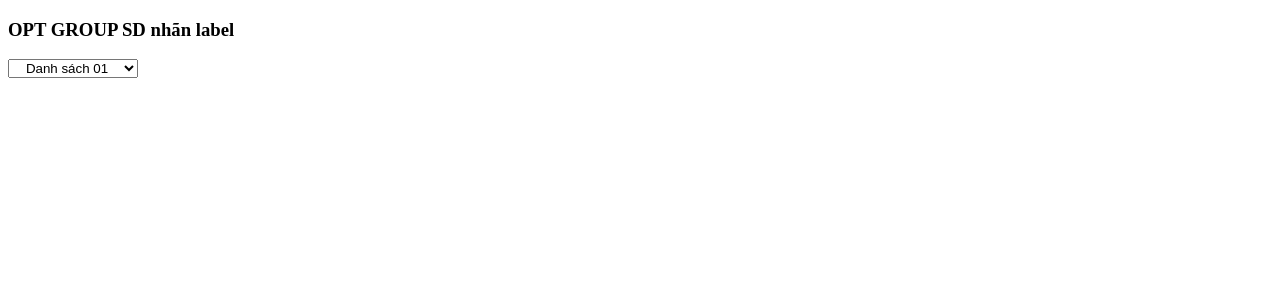
Repository: Tan-Khang21/TH_TKW--Buoi_04
Page: Bai_Tap_Mau/Bai_03/Bai_03.html
The author's editor kept a copy of each file at every save. The page is drawn from the files as they stood at one save, then again after the next save.
The browser window is 1280 px wide. The pictures show the whole page.

Above is the page before, as saved 2024-03-06 09:20:18.

After the next save:
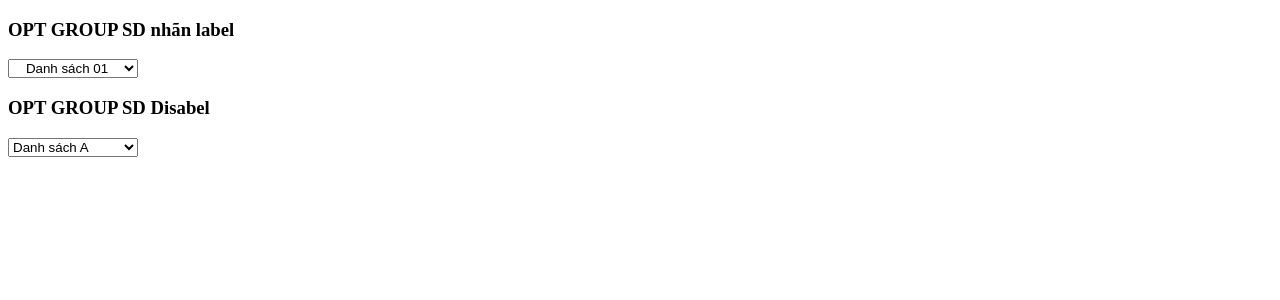
Saved 99 s later.
--- a/Bai_Tap_Mau/Bai_03/Bai_03.html
+++ b/Bai_Tap_Mau/Bai_03/Bai_03.html
@@ -18,5 +18,19 @@
         <option style="font-style:normal;"> Danh sách C</option>
         </optgroup>
     </select>
+    <h3>OPT GROUP SD Disabel</h3>
+    <select style="width: 130px; text-align: center;">
+        <optgroup disabled="Danh sách số">
+        <option value="1" >Danh sách 01</option>
+        <option value="2">Danh sách 02</option>
+        <option value="3">Danh sách 03</option>
+        <option value="4">Danh sách 04</option>
+    </optgroup>
+        <optgroup label="Danh sách chữ" style=" font-style: italic; text-align: left;">
+        <option style="font-style:normal;"> Danh sách A </option>
+        <option style="font-style:normal;"> Danh sách B</option>
+        <option style="font-style:normal;"> Danh sách C</option>
+        </optgroup>
+    </select>
 </body>
 </html>
